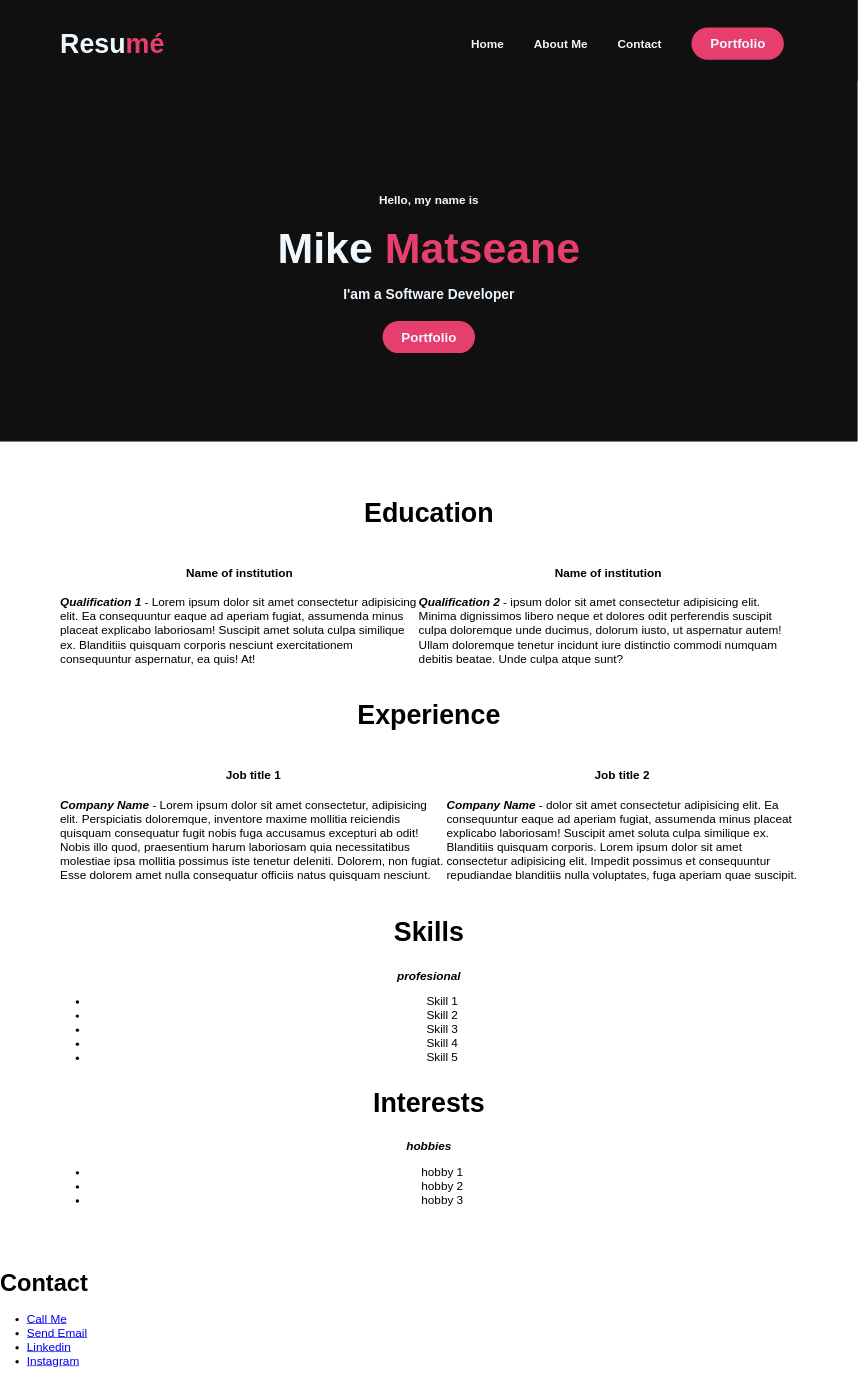
Repository: mikempho/Resume1
Page: resume1.html
These files come from the project's save history. The page is drawn as it stood at one moment and after the next save; the edit follows.
The browser window is 1280 px wide. The pictures show the whole page, at 67% of full size.

Above is the page before, as saved 2022-03-29 10:53:01.

### resume1.html
<html lang="en">
<head>
    <meta charset="UTF-8">
    <meta http-equiv="X-UA-Compatible" content="IE=edge">
    <meta name="viewport" content="width=device-width, initial-scale=1.0">
    <link rel="stylesheet" href="./css/stylesheet.css">
    <title>Mike Matseane</title>
</head>
<body>

    <section>

        <div class="hero">
            <!-- Navigation Bar -->
            <nav class="navbar">
                <h2 class="resume-logo">Resu<span>mé</span></h2>
                <ul>
                    <li><a href="resume1.html">Home</a></li>
                    <li><a href="#education">About Me</a></li>
                    <li><a href="#contact-info">Contact</a></li>
                    <li><a href="#"><span class="call-to-action">Portfolio</span></a></li>
                </ul>
            </nav>

            <div class="intro">
                <!-- <img src="" alt="Profile-Img"> -->
                <h4>Hello, my name is </h4>
                <h1 class="name">Mike <span>Matseane</span></h1>
                <h3>I'am a Software Developer</h3>
                <a href="#"><span class="call-to-action">Portfolio</span></a>
            </div>

        </div>

        <main>
            <!-- Education Section -->

            <div id="education">
                <h2>Education</h2>
                <div class="content">
                    <div class="container">
                        <h4>Name of institution</h4>
                        <p><strong><em>Qualification 1</em></strong> - Lorem ipsum dolor sit amet consectetur adipisicing elit. Ea consequuntur eaque ad aperiam fugiat, assumenda minus placeat explicabo laboriosam! Suscipit amet soluta culpa similique ex. Blanditiis quisquam corporis nesciunt exercitationem consequuntur aspernatur, ea quis! At!</p>
                    </div>
                    <div class="container">
                        <h4>Name of institution</h4>
                        <p><strong><em>Qualification 2</em></strong> - ipsum dolor sit amet consectetur adipisicing elit. Minima dignissimos libero neque et dolores odit perferendis suscipit culpa doloremque unde ducimus, dolorum iusto, ut aspernatur autem! Ullam doloremque tenetur incidunt iure distinctio commodi numquam debitis beatae. Unde culpa atque sunt?</p>
                    </div>
                </div>
            </div>

            <!-- Experience Section-->
            <div id="experience">
                <h2>Experience</h2>
                <div class="content">
                    <div class="container">
                        <h4>Job title 1</h4>
                        <p><strong><em>Company Name</em></strong> - Lorem ipsum dolor sit amet consectetur, adipisicing elit. Perspiciatis doloremque, inventore maxime mollitia reiciendis quisquam consequatur fugit nobis fuga accusamus excepturi ab odit! Nobis illo quod, praesentium harum laboriosam quia necessitatibus molestiae ipsa mollitia possimus iste tenetur deleniti. Dolorem, non fugiat. Esse dolorem amet nulla consequatur officiis natus quisquam nesciunt.</p>
                    </div>
                    <div class="container">
                        <h4>Job title 2</h4>
                        <p><strong><em>Company Name</em></strong> - dolor sit amet consectetur adipisicing elit. Ea consequuntur eaque ad aperiam fugiat, assumenda minus placeat explicabo laboriosam! Suscipit amet soluta culpa similique ex. Blanditiis quisquam corporis. Lorem ipsum dolor sit amet consectetur adipisicing elit. Impedit possimus et consequuntur repudiandae blanditiis nulla voluptates, fuga aperiam quae suscipit.</p>
                    </div>
                </div>
            </div>

            <!-- Skills Section -->
            <div id="skills">
                <h2>Skills</h2>
                <div>
                    <p><strong><em>profesional</em></strong></p>
                    <ul>
                        <li>Skill 1</li>
                        <li>Skill 2</li>
                        <li>Skill 3</li>
                        <li>Skill 4</li>
                        <li>Skill 5</li>
                    </ul>
                </div>
            </div>
            <div id="interests">
                <h2>Interests</h2>
                <div>
                    <p><strong><em>hobbies</em></strong></p>
                    <ul>
                        <li>hobby 1</li>
                        <li>hobby 2</li>
                        <li>hobby 3</li>
                    </ul>
                </div>
            </div>
        </main>
    </section>


    <!-- Footer Section -->
    <footer>
        <div id="contact-info">
            <h1>Contact</h1>
            <ul>
                <!-- target(_blank) = New Tab -->
                <!-- Call Me -->
                <li><a href="tel:0681454887" target="_blank">Call Me</a></li>

                <!-- Send Email -->
                <li><a href="mailto:mikempho03@gmail.com" target="_blank">Send Email</a></li>

                <!-- Linkedin (Socials) -->
                <li><a href="https://www.linkedin.com/feed/" target="_blank">Linkedin</a></li>

                <!-- Instagram -->
                <li><a href="https://www.instagram.com/mike_mx.sa/tagged/" target="_blank">Instagram</a></li>
            </ul>
        </div>

    </footer>
</body>
</html>

### css/stylesheet.css
body{
  font-family:Arial, Helvetica, sans-serif;
  font-size:110%;
  margin: 0;
}

h2 {
  font-size: 2.5rem;
}
/* Hero Section */

.hero {
  background-color: #101010;
  color: aliceblue;
  text-align: center;
}

span {
  color: E63E6D;
}

.resume-logo {
  font-size: 2.5rem;
  cursor: pointer;
}
.navbar {
  /* position: fixed; */
  display: flex;
  align-items: center;
  justify-content: space-between;
  padding-top: 10px;
  padding-left:7%;
  padding-right:7%;
  background-color: #101010;
  /* width: 100%; */
}

nav ul li{
  list-style: none;
  display: inline;
  padding: 0 20px;
  font-weight: 600;
  font-size:1.1rem;
}

nav ul li a {
  text-decoration: none;
  color: aliceblue;
}

.call-to-action {
  padding: 10px 25px;
  color: aliceblue;
  font-size: 20px;
  border: solid transparent;
  background-color:E63E6D;
  border-radius: 80px;
}

nav ul li a:hover {
  color: E63E6D;
  transition: 0.7s;
}

.call-to-action:hover {
  background-color: #101010;
  border-color: white;
  transition: 0.5s;
}

.intro {
  padding: 9rem 0;
}

.name {
  font-size: 4rem;
  margin: 0;
}

.intro a{
  text-decoration: none;
  font-weight: 600;
}

.intro h3 {
  margin-bottom: 40px;
}

/* Main Section  */

main {
  text-align: center;
  padding: 4% 7%;
}

.content {
  display: flex;
}

.content p {
  text-align: left;
  /* width: 90%; */
}

After the next save:
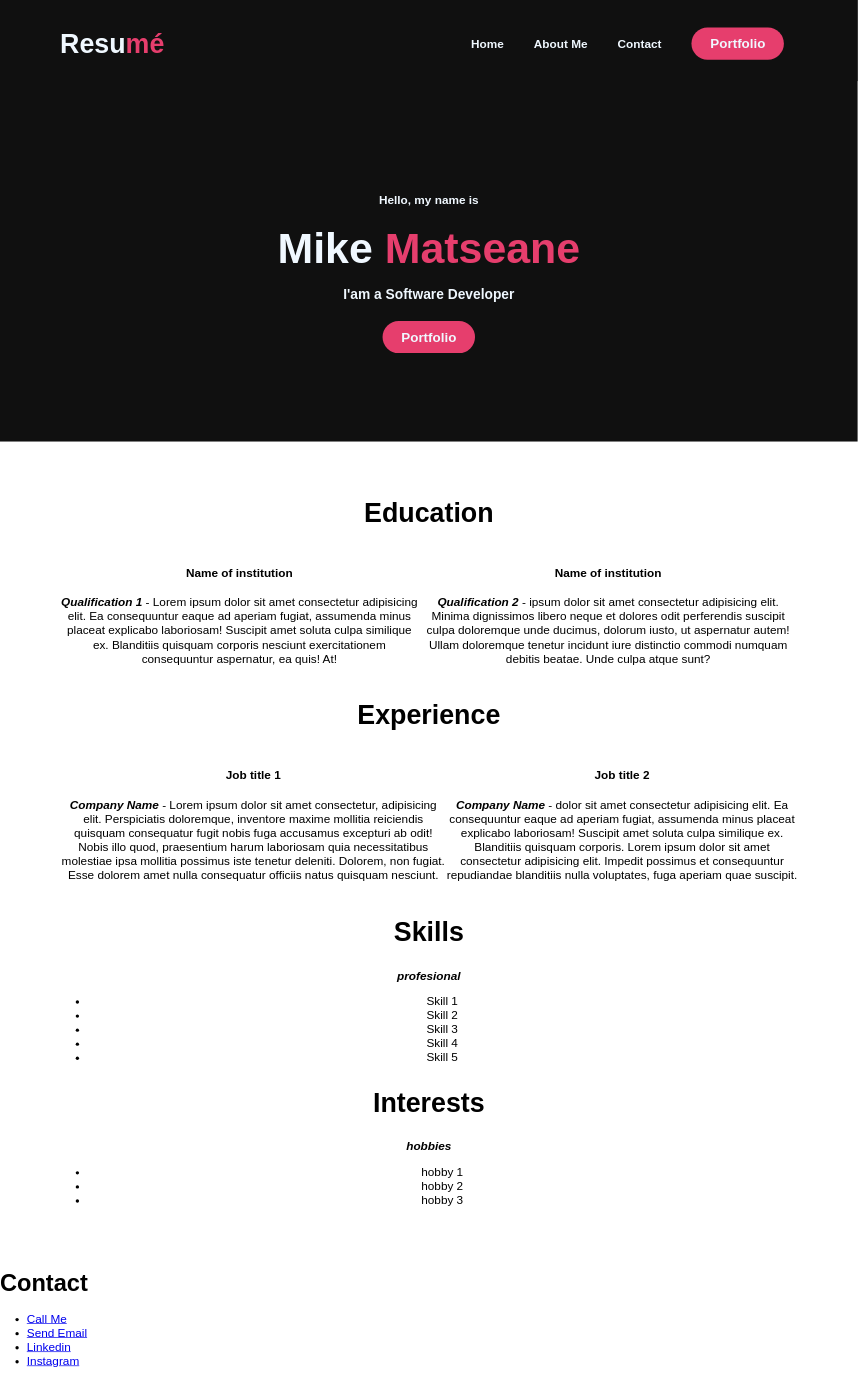
Saved 21 s later.
--- a/css/stylesheet.css
+++ b/css/stylesheet.css
@@ -98,6 +98,6 @@ main {
 }
 
 .content p {
-  text-align: left;
+  /* text-align: left; */
   /* width: 90%; */
 }
